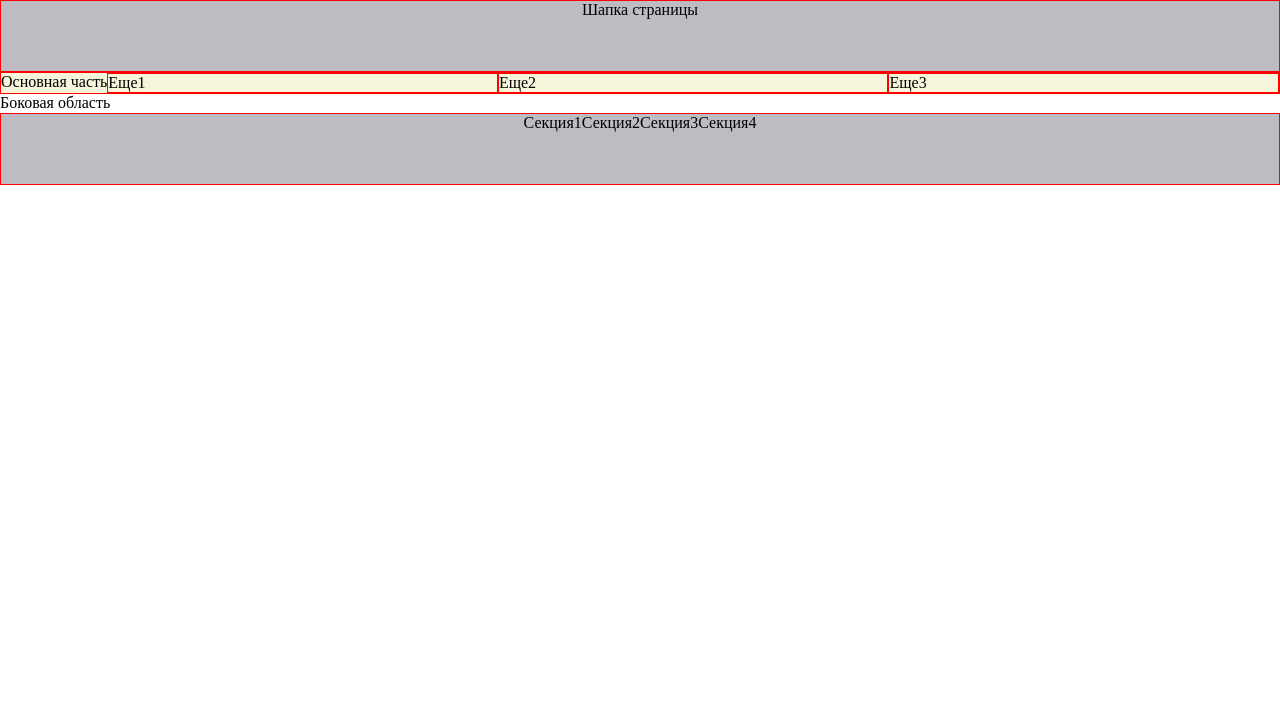
Repository: IrinaGetmanenko/week5
Page: week5/index.html
An editor plug-in stored every save of this project. The page is shown before and after the next save, followed by the edit.
The browser window is 1280 px wide. The pictures show the whole page.

Above is the page before, as saved 2022-08-28 17:24:08.

### week5/index.html
<!DOCTYPE html>
<html lang="en">
<head>
    <meta charset="UTF-8">
    <meta http-equiv="X-UA-Compatible" content="IE=edge">
    <meta name="viewport" content="width=device-width, initial-scale=1.0">
    <link rel="stylesheet" href="normalize.css">
    <title>Document</title>
    <style>
    .container{
        display: flex;
        justify-content: center;
        flex-wrap: wrap;

    }

    .h1{
        display: flex;
        justify-content: center;
        border: 1px solid red;
        height: 70px;
        background-color: #bfbbc3;
    }

    .container-2{
        display: flex;
        justify-content: center;
        border: 1px solid red;
        background-color: beige;
        height: 60%;
        flex-wrap: wrap;

    }
    .section1{
        flex: auto;
        border: 1px solid red;
        align-self: flex-end;
        height: 20%;

    }
    .section2{
        flex: auto;
        border: 1px solid red;
        align-self: flex-end;
        height: 20%;
    }

    .section3{
        flex: auto;
        border: 1px solid red;
        align-self: flex-end;
        height: 20%;
    }
    .footer{
        display: flex;
        justify-content: center;
        border: 1px solid red;
        height: 70px;
        background-color: #bfbbc3;
    }

    </style>
</head>
<body class="container-1">
    <header class="h1" >Шапка страницы</header>

<main>
<main class="container-2">Основная часть
<main class="section1">Eще1</main>
<main class="section2">Еще2</main>
<main class="section3">Еще3</main>
</main>
<aside class="aside">Боковая область</aside>
</main>

<footer class="footer">
       <footer class="f1">Секция1</footer>
       <footer class="f1">Секция2</footer>
       <footer class="f1">Секция3</footer>
       <footer class="f1">Секция4</footer>
</footer>

</body>
</html>

Loaded but not shown: week5/normalize.css (library)

After the next save:
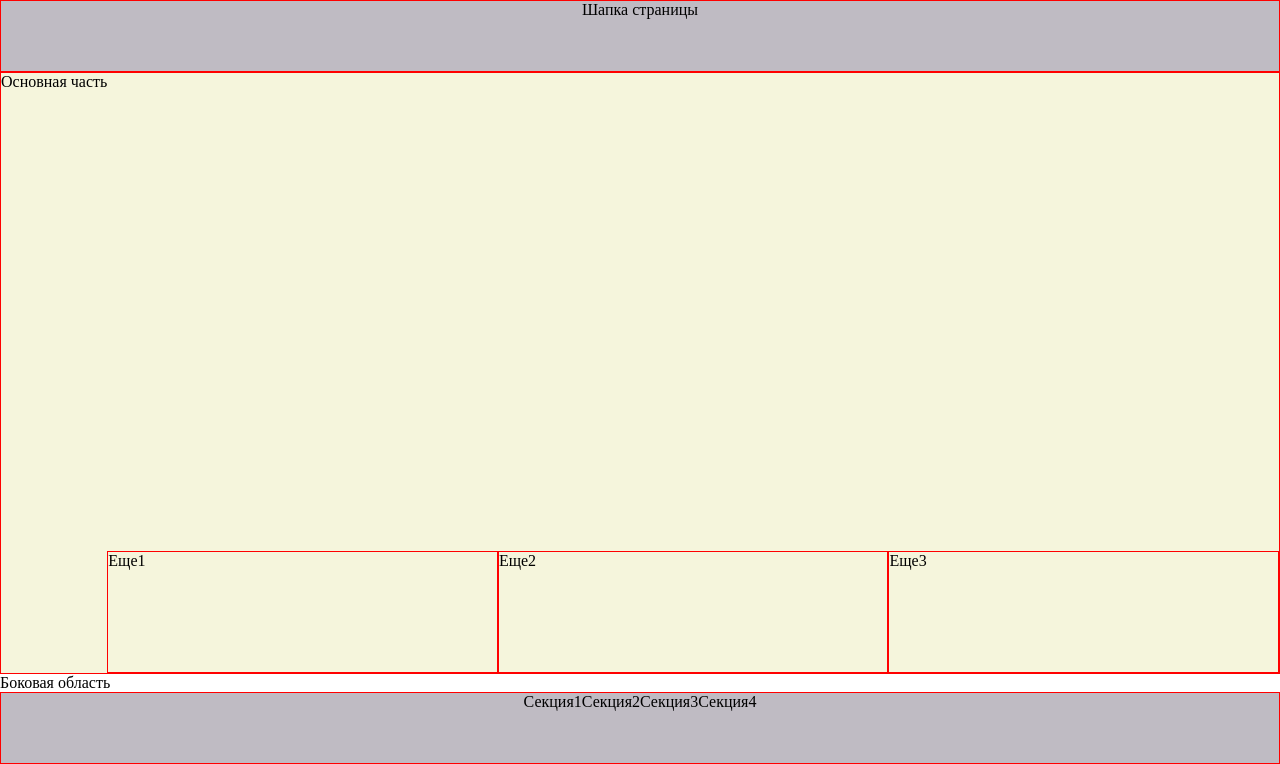
Saved 26 s later.
--- a/week5/index.html
+++ b/week5/index.html
@@ -27,7 +27,7 @@
         justify-content: center;
         border: 1px solid red;
         background-color: beige;
-        height: 60%;
+        height: 600px;
         flex-wrap: wrap;
 
     }
